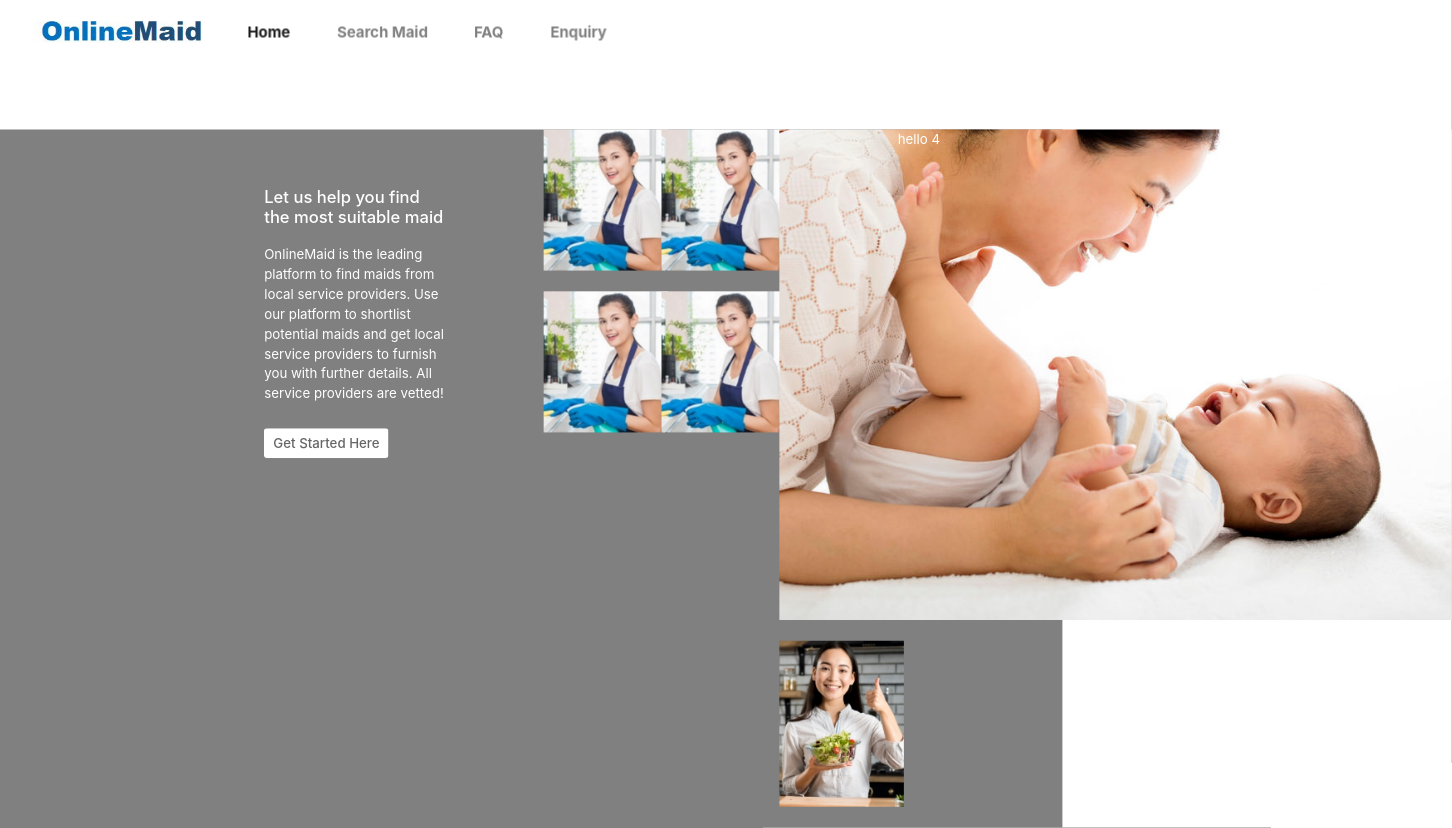
Repository: Code-Institute-Submissions/Project-1---Online-Maid
Page: testing.html
The author's editor kept a record of every edit. The page is drawn from the files as they stood at one moment, then again after the next edit.
The browser window is 1280 px wide. The page is 1749 px wide, then 1280 px, so the pictures cover 1749 px, including what lies to the right of the window. The pictures show the whole page, at 83% of full size.
Some web libraries are served in a nearby version.

Above is the page before.

### testing.html
<!DOCTYPE html>
<html lang="en">
<head>
    <meta charset="UTF-8">
    <meta name="viewport" content="width=device-width, initial-scale=1.0">
    <meta http-equiv="X-UA-Compatible" content="ie=edge">
    <link rel="stylesheet" href="https://stackpath.bootstrapcdn.com/bootstrap/4.3.1/css/bootstrap.min.css" type="text/css" />
    <link rel="stylesheet" href="https://stackpath.bootstrapcdn.com/font-awesome/4.7.0/css/font-awesome.min.css" type="text/css" />
    <link rel="stylesheet" href="https://cdnjs.cloudflare.com/ajax/libs/hover.css/2.1.1/css/hover-min.css" type="text/css" />
    <link rel="stylesheet" href="style.css" type="text/css" />
    <title>Online Maid</title>
</head>

<body>

<header>
  <nav class="navbar navbar-expand-lg navbar-light">
  <a class="navbar-brand" href="#"><img id="logo" class="pl-4 img-fluid d-md-block" src="images/logo.jpg" alt=""></a>
  <button class="navbar-toggler" type="button" data-toggle="collapse" data-target="#navbarSupportedContent" aria-controls="navbarSupportedContent" aria-expanded="false" aria-label="Toggle navigation">
    <span class="navbar-toggler-icon"></span>
  </button>

  <div class="collapse navbar-collapse" id="navbarSupportedContent">
    <ul class="navbar-nav mr-auto">
      <li class="nav-item active hvr-sweep-to-bottom">
        <a class="nav-link" href="index.html">Home</a>
      </li>
      <li class="nav-item hvr-sweep-to-bottom">
        <a class="nav-link" href="search.html">Search Maid</a>
      </li>
      <li class="nav-item hvr-sweep-to-bottom">
        <a class="nav-link" href="faq.html">FAQ</a>
      </li>
      <li class="nav-item hvr-sweep-to-bottom">
        <a class="nav-link" href="enquiry.html">Enquiry</a>
      </li>
    </ul>
  </div>
</nav>
</header>


<div class="row enquiry-container">
  <div class="col-2 enquiry-box-1"></div>

  <div class="col-4 enquiry-box-2">
      <h5 class ="enquiry-header">Let us help you find the most suitable maid</h5>
      <p class ="enquiry-content">OnlineMaid is the leading platform to find maids from local service providers.  Use our platform to shortlist potential maids and get local service providers to furnish you with further details. All service providers are vetted!</p>
      <button type="button" class="btn enquiry-btn">Get Started Here</button>
    </div>

  <div class="col-4 enquiry-box-3">
      <div class="row picture-container">

        <div class="col-4 picture-col-1">
          <img class="card-img-top-1" src="images/enquiry2a.jpg" alt="Card image cap">
          <img class="card-img-top-2" src="images/enquiry2a.jpg" alt="Card image cap">
        </div>

        <div class="col-4 picture-col-2">
          <img class="card-img-top-3" src="images/enquiry2a.jpg" alt="Card image cap">
          <img class="card-img-top-4" src="images/enquiry2a.jpg" alt="Card image cap">
        </div>

        <div class="col-4 picture-col-3">
          <img class="card-img-top-5" src="images/confinement.jpg" alt="Card image cap">
          <img class="card-img-top-6" src="images/enquiry3a.jpg" alt="Card image cap">
        </div>
      </div>
  </div>

  <div class="col-2 enquiry-box">hello 4</div>

</div>


    <script src="https://code.jquery.com/jquery-3.3.1.slim.min.js" integrity="sha384-q8i/X+965DzO0rT7abK41JStQIAqVgRVzpbzo5smXKp4YfRvH+8abtTE1Pi6jizo" crossorigin="anonymous"></script>
    <script src="https://cdnjs.cloudflare.com/ajax/libs/popper.js/1.14.7/umd/popper.min.js" integrity="sha384-UO2eT0CpHqdSJQ6hJty5KVphtPhzWj9WO1clHTMGa3JDZwrnQq4sF86dIHNDz0W1" crossorigin="anonymous"></script>
    <script src="https://stackpath.bootstrapcdn.com/bootstrap/4.3.1/js/bootstrap.min.js" integrity="sha384-JjSmVgyd0p3pXB1rRibZUAYoIIy6OrQ6VrjIEaFf/nJGzIxFDsf4x0xIM+B07jRM" crossorigin="anonymous"></script>
</body>
</html>

### style.css
@import url('https://fonts.googleapis.com/css?family=Roboto:100,200,300,400,500,600,700|Exo:100,200,300,400,500,600,700');

/*overall*/
*{
    padding: 0;
    margin: 0;
    box-sizing: border-box;
}



/*header*/
#logo {
    height: 50px;
    max-width:100%;
}


.nav-item{
    padding: 0px 20px;
    color: blue;
    font-weight:700;
    font-size: 18px;
}



/*footer*/
.footer-style{
    background: #666666;
}


.page-footer, .social {
    color:white;
}


.list-unstyled a {
   text-decoration: none;
   color:white;
}


.list-unstyled a:hover {
   color:blue;
}



/*Section 1-Banner*/
.maids-portal {
   text-align: center;
    font-size: 44px;
    font-weight: 600;
}


.getStarted{
    text-align: center;
    font-size: 20px;
    font-weight: 600
}


.jumbotron {
    background-image: url("images/banner.jpg");
    background-size: cover;
    color: white;
    padding : 120px 0px;
    margin-bottom: 80px;
     }


.form-row {
    padding: 50px 0px 0px 0px;
}


.form-control {
    font-weight: 500;
    color: #808080;
}


.btn {
    background-color: grey;
    font-weight: 500;
    color: white;
}



/*section 2 - 4 Steps*/
.section-header {
    text-align: center;
    margin: 40px 0px 0px 0px ;
    line-height: 25px;
    color: #4d4d4d;
    font-weight: 700;
}


.steps-line{
    text-align: center;
    margin: 20px;
    line-height: 25px;
    color: #4d4d4d;
    font-weight: 400;
    font-size: 18px;
}


.four-steps-container {
    margin: 50px 200px 80px 200px;
}


.steps-box {
    background-color: orange;
    text-align: center;
    color: white;
    font-weight: 500
}


.i{
    font-size: 100px;
}



/*index.html section 3*/
.six-choices {
   margin: 30px 20px 30px 20px;
}



/*section 3- preference*/
.maid-experience {
    color: #4d4d4d;
}



/*section 4 - enquiry-box*/
.enquiry-container {
    min-height: 350px;
    background-color: #808080;
    color: white;
    margin: 80px 0px 0px;
    padding: 0px;
}


.enquiry-header {
    margin: 70px 90px 20px ;
}


.enquiry-content {
 font-size: 16px;
 margin: 0 90px 10px;
}


.enquiry-btn{
    color: #666666;
    background: white;
    padding: 5px 10px;
    margin: 20px 90px 0px;
}


.card-img-top-1 {
    padding: 0px;
    margin: 0px 0px 25px 0px;
    border: none;
}


.card-img-top-3 {
    padding: 0px;
    margin: 0px 0px 25px 0px;
    border: none;
}


.card-img-top-5 {
    padding: 0px;
    margin: 0px 0px 25px 0px;
    border: none;
}


.card-img-top-6 {
    padding: 0px;
    margin: 0px 0px 25px 0px;
    border: none;
}

After the next edit:
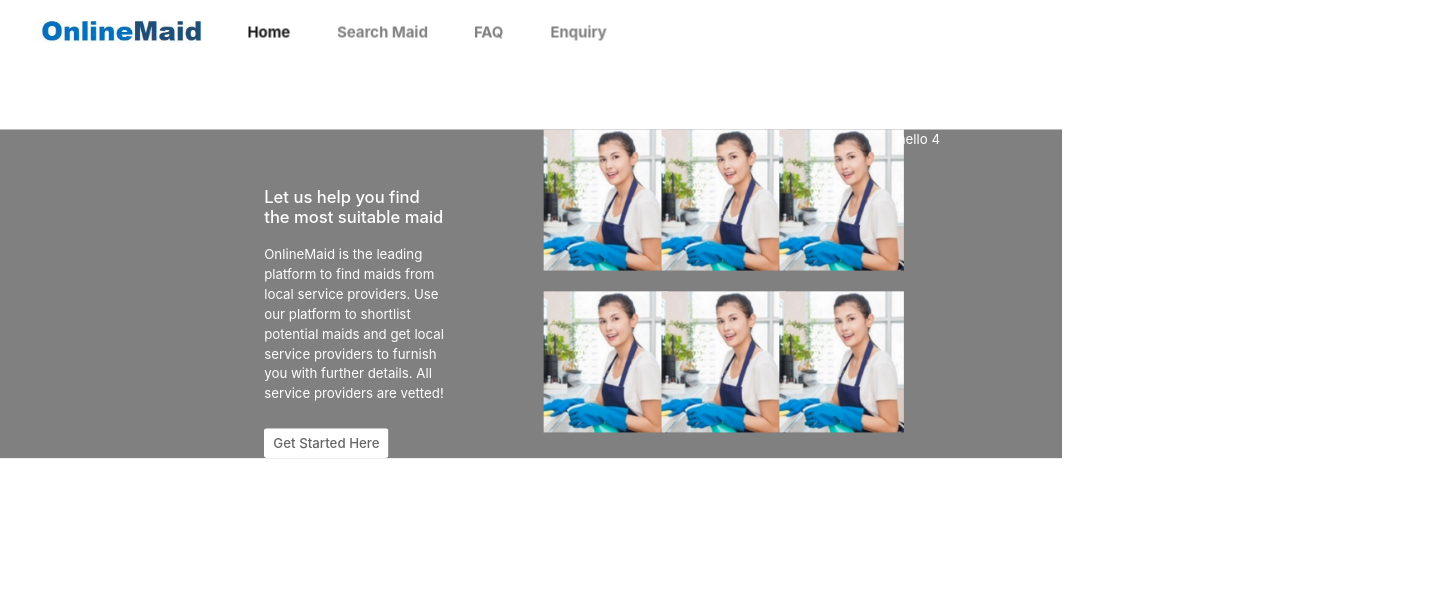
The edit:
--- a/testing.html
+++ b/testing.html
@@ -63,8 +63,8 @@
         </div>
 
         <div class="col-4 picture-col-3">
-          <img class="card-img-top-5" src="images/confinement.jpg" alt="Card image cap">
-          <img class="card-img-top-6" src="images/enquiry3a.jpg" alt="Card image cap">
+          <img class="card-img-top-5" src="images/enquiry2a.jpg" alt="Card image cap">
+          <img class="card-img-top-6" src="images/enquiry2a.jpg" alt="Card image cap">
         </div>
       </div>
   </div>
